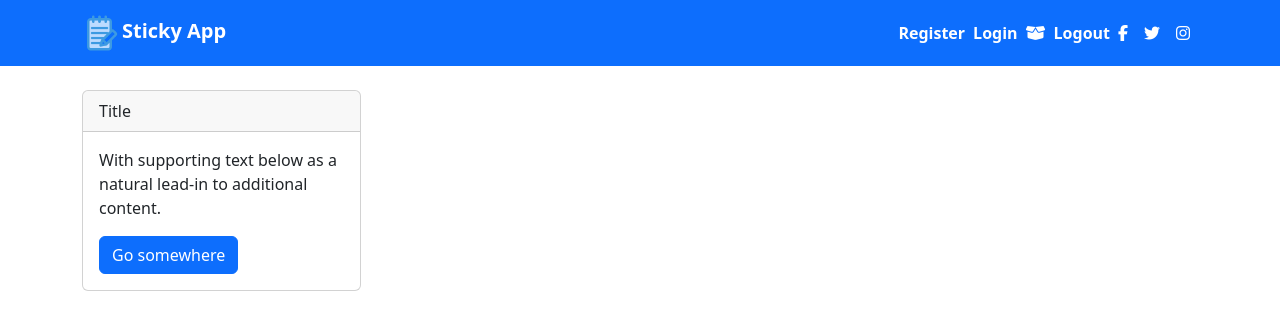
Repository: Mennaaymangalal/Sticky-App
Page: /note
The author's editor kept a copy of each file at every save. The page is drawn from the files as they stood at one save, then again after the next save.
The browser window is 1280 px wide. The pictures show the whole page.
The project was rebuilt for these pictures with package versions that can differ from the ones it lists, and the page was loaded fresh each time. Also part of the build but not shown: vite.config.js, src/Pages/Home/Home.jsx, src/Pages/Login/Login.jsx, src/Pages/NotFound/NotFound.jsx, src/Pages/SignUp/SignUp.jsx.

Above is the page before, as saved 2025-04-04 15:42:16.

### src/main.jsx
import { StrictMode } from 'react'
import { createRoot } from 'react-dom/client'
import App from './App.jsx'
import 'bootstrap/dist/css/bootstrap.min.css';
import '@fortawesome/fontawesome-free/css/all.min.css'

createRoot(document.getElementById('root')).render(
  <StrictMode>
    <App />
  </StrictMode>,
)

### src/App.jsx
import { createBrowserRouter, RouterProvider } from 'react-router-dom';
import MainLayout from './Layouts/MainLayout/MainLayout';
import Home from './Pages/Home/Home';
import Login from './Pages/Login/Login';
import NotFound from './Pages/NotFound/NotFound';
import Note from './Pages/Note/Note';
import AuthContextProvider from './Contexts/AuthContext/AuthContext';
import SignUp from './Pages/SignUp/SignUp';



function App() {
const router =  createBrowserRouter([
    {path:"" , element: <MainLayout/> , children:[
      {index:true , element:<Home/>},
      {path:"note" , element:<Note/>},
      {path:"login" , element:<Login/>},
      {path:"signup", element:<SignUp/>},
      {path:"*" , element:<NotFound/>},
    ]}
  ])

  return (
    <>
    <AuthContextProvider>
    <RouterProvider router={router}></RouterProvider>
    </AuthContextProvider>

    </>
  )
}

export default App

### src/Layouts/MainLayout/MainLayout.jsx
import React from 'react'
import NavbarCom from '../../Components/NavbarComp/NavbarCom'
import { Outlet } from 'react-router-dom'

export default function MainLayout() {
  return (
    <>
    <NavbarCom/>
    <div className="container">
    <Outlet/>
    </div>
    </>
  )
}

### src/Pages/Note/Note.jsx
import React from 'react'
import Button from 'react-bootstrap/Button';
import Card from 'react-bootstrap/Card';


export default function Note() {
  return (
    <>
     <div className="col-3 py-4">
     <Card>
      <Card.Header>Title</Card.Header>
      <Card.Body>
        <Card.Text>
          With supporting text below as a natural lead-in to additional content.
        </Card.Text>
        <Button variant="primary">Go somewhere</Button>
      </Card.Body>
    </Card>
     </div>
    </>
  )
}

### src/Contexts/AuthContext/AuthContext.jsx
import { createContext, useState } from "react";


 export const authContext = createContext()

 export default function AuthContextProvider({children}){

    const [IsLoggedIn , setIsLoggedIn] = useState(localStorage.getItem("token") != null)

    return <authContext.Provider value={{IsLoggedIn , setIsLoggedIn}}>
    {children}
    </authContext.Provider>
 }

### src/Components/NavbarComp/NavbarCom.jsx
import Container from 'react-bootstrap/Container';
import Nav from 'react-bootstrap/Nav';
import Navbar from 'react-bootstrap/Navbar';
import logo from '../../assets/notelogo.png'
import { NavLink } from 'react-router-dom';

export default function  NavbarCom() {
  return (
    // bg-body-tertiary
    <Navbar collapseOnSelect expand="lg" className="bg-primary">
      <Container>

        <Navbar.Brand className='text-white fw-bold' href="#home">
        <img src={logo} alt=""   style={{ width: '40px', height: '40px' }} />
          Sticky App
        </Navbar.Brand>
        <Navbar.Toggle aria-controls="responsive-navbar-nav"  />
        <Navbar.Collapse id="responsive-navbar-nav" >


          <Nav className="ms-auto d-flex gap-2">
          <NavLink to={'signup'} className=" text-white text-start text-decoration-none">
           <p className='mb-0 fw-semibold'>Register</p>
          </NavLink>
          <NavLink to={'login'} className=" text-white text-start text-decoration-none">
           <p className='mb-0 fw-semibold'>Login</p>
          </NavLink>
          <NavLink to={"note"}>
          <div className="text-start">
            <i className="fa-solid fa-box-open text-white mb-0"></i>
            </div>
          </NavLink>
          <NavLink to={'login'} className=" text-white text-start text-decoration-none">
           <p className='mb-0 fw-semibold'>Logout</p>
          </NavLink>
           </Nav>


          <Nav>
            <Nav.Link href="" className='d-flex gap-3'>
              <i className="fa-brands fa-facebook-f text-white"></i>
              <i className="fa-brands fa-twitter text-white"></i>
              <i className="fa-brands fa-instagram text-white"></i>
              </Nav.Link>
          </Nav>
        </Navbar.Collapse>
      </Container>
    </Navbar>
  );
}

Loaded but not shown: index.html (common file)

After the next save:
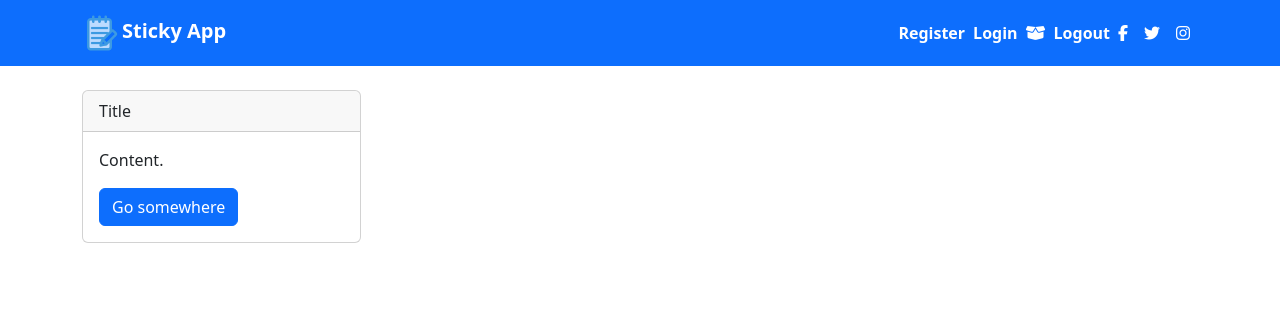
Saved 5 s later.
--- a/src/Pages/Note/Note.jsx
+++ b/src/Pages/Note/Note.jsx
@@ -11,7 +11,7 @@ export default function Note() {
       <Card.Header>Title</Card.Header>
       <Card.Body>
         <Card.Text>
-          With supporting text below as a natural lead-in to additional content.
+         Content.
         </Card.Text>
         <Button variant="primary">Go somewhere</Button>
       </Card.Body>
